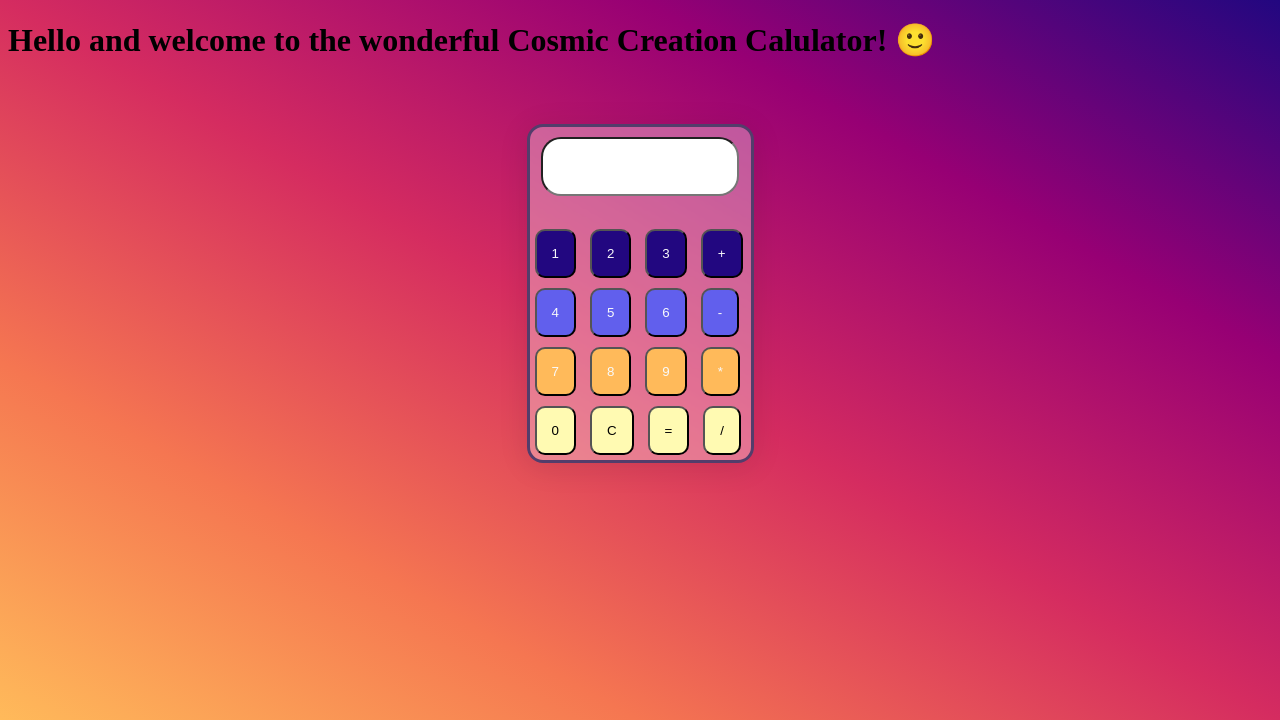
Repository: CrazyPaine/GameBoy-Calculator
Page: index.html
The author's editor kept a copy of each file at every save. The page is drawn from the files as they stood at one save, then again after the next save.
The browser window is 1280 px wide. The pictures show the whole page.
After loading, the first visible `button[onclick="calculateResult()"]` was clicked once.

Above is the page before, as saved 2024-02-04 21:34:20.
Console error: ReferenceError: updateDisplay is not defined

### index.html
<!DOCTYPE html>
<html lang="en">
<head>
    <meta charset="UTF-8">
    <meta name="viewport" content="width=device-width, initial-scale=1.0">
    <link rel="stylesheet" type="text/css" href="styles.css">
    <title>GameBoy Calculator</title>
</head>

<body>
    <h1 class = "Intro">Hello and welcome to the wonderful Cosmic Creation Calulator! &#128578;</h1>
    <br>
    <div class = 'calculator'>
        <input type="text"id="display" readonly>
       <br>
            <button onclick="appendToDisplay('1')" class = "btn-1">1</button>
            <button onclick="appendToDisplay('2')" class = "btn-1">2</button>
            <button onclick="appendToDisplay('3')" class = "btn-1">3</button>
            <button onclick="appendToDisplay('+')" class = "btn-1">+</button>
            <br>
            <button onclick="appendToDisplay('4')" class = "btn-2">4</button>
            <button onclick="appendToDisplay('5')" class = "btn-2">5</button>
            <button onclick="appendToDisplay('6')" class = "btn-2">6</button>
            <button onclick="appendToDisplay('-')" class = "btn-2">-</button>
            <br>
            <button onclick="appendToDisplay('7')" class = "btn-3">7</button>
            <button onclick="appendToDisplay('8')" class = "btn-3">8</button>
            <button onclick="appendToDisplay('9')" class = "btn-3">9</button>
            <button onclick="appendToDisplay('*')" class = "btn-3">*</button>
            <br>
            <button onclick="appendToDisplay('0')" class = "btn-4">0</button>
            <button onclick="clearDisplay()" class = "btn-4">C</button>
            <button onclick="calculateResult()" class = "btn-4">=</button>
            <button onclick="appendToDisplay('/')" class = "btn-4">/</button>

    </div>

        <script src="calculator.js"></script>
</body>
</html>

### styles.css
/******************************************
/* CSS
/*******************************************/


/* Box Model Hack */
* {
    box-sizing: border-box;
}



/******************************************
/* LAYOUT
/*******************************************/
@media (max-width: 600px) {
    .calculator {
        width: 80%;
        margin: 0 auto;
    }
}

html {
    height: 100%;
}

body {
    background-image: linear-gradient(to left bottom, #220780, #970074, #d52c60, #f57651, #ffba5a);
}

#display {
    border-radius: 20px;
    display: flex;
    align-items: center;
    justify-content: center;
    padding: 20px;
    /* Adjusted padding */
    width: 90%;
    /* Adjusted width */
    margin: auto;
    margin-top: 10px;
    /* Adjusted margin-top */
    margin-bottom: 10px;
    /* Adjusted margin-bottom */
}

.calculator {
    border: 3px solid #533D6B;
    border-radius: 10px;
    width: fit-content;
    background: rgba(255, 255, 255, 0.32);
    border-radius: 16px;
    box-shadow: 0 4px 30px rgba(0, 0, 0, 0.1);
    backdrop-filter: blur(1.7px);
    -webkit-backdrop-filter: blur(1.7px);
    height: fit-content;
    margin: 25px auto;
}

button {
    border-radius: 10px;
    color: #F8F9FA;
    padding: 15px;
    /* Adjusted padding */
    min-height: fit-content;
    max-width: fit-content;
    margin: 5px;
    /* Adjusted margin */
}

.btn-1,
.btn-2,
.btn-3,
.btn-4 {
    width: 100%;
    /* Ensures equal width for all buttons */
}

.btn-1 {
    background: #220780;
}

.btn-2 {
    background: #615fed;
}

.btn-3 {
    background: #ffba5a;
}

.btn-4 {
    background: #fffab2;
    color: black;
}

img {
    display: block;
    margin: 0 auto;
    width: 25%;
}

/******************************************
/* ADDITIONAL STYLES
/*******************************************/

### calculator.js
/*
! Hey there welcome to my Calculator. This is where I will be doing my calculations on here.
*/

function appendToDisplay(value) {
    document.getElementById('display').value += value;
}

function clearDisplay() {
    document.getElementById('display').value = '';
}

function calculateResult() {
    try {
        const inputExpression = document.getElementById('display').value;

        if (!isValidExpression(inputExpression)) {
            throw new Error('Invalid expression');
        }

        const result = evaluateExpression(inputExpression);

        if (!isValidResult(result)) {
            throw new Error('Invalid result');
        }

        // Save the expression and result to the history log
        saveToHistory(inputExpression, result);

        updateDisplay(result);
    } catch (error) {
        updateDisplay('Error: ' + error.message);
    }
}

function evaluateExpression(expression) {
    try {
        // Implement your own expression evaluation logic here
        const result = math.evaluate(expression); // Assuming you use a math library or your custom evaluator
        return result;
    } catch (error) {
        throw new Error('Invalid expression');
    }
}



function isValidExpression(expression) {
    return /^[0-9+\-*/().\s]+$/.test(expression);
}

function isValidResult(result) {
    return isFinite(result);
}

function endsWithOperator(expression) {
    const operators = ['+', '-', '*', '/'];
    const lastChar = expression.trim().slice(-1);
    return operators.includes(lastChar);
}

After the next save:
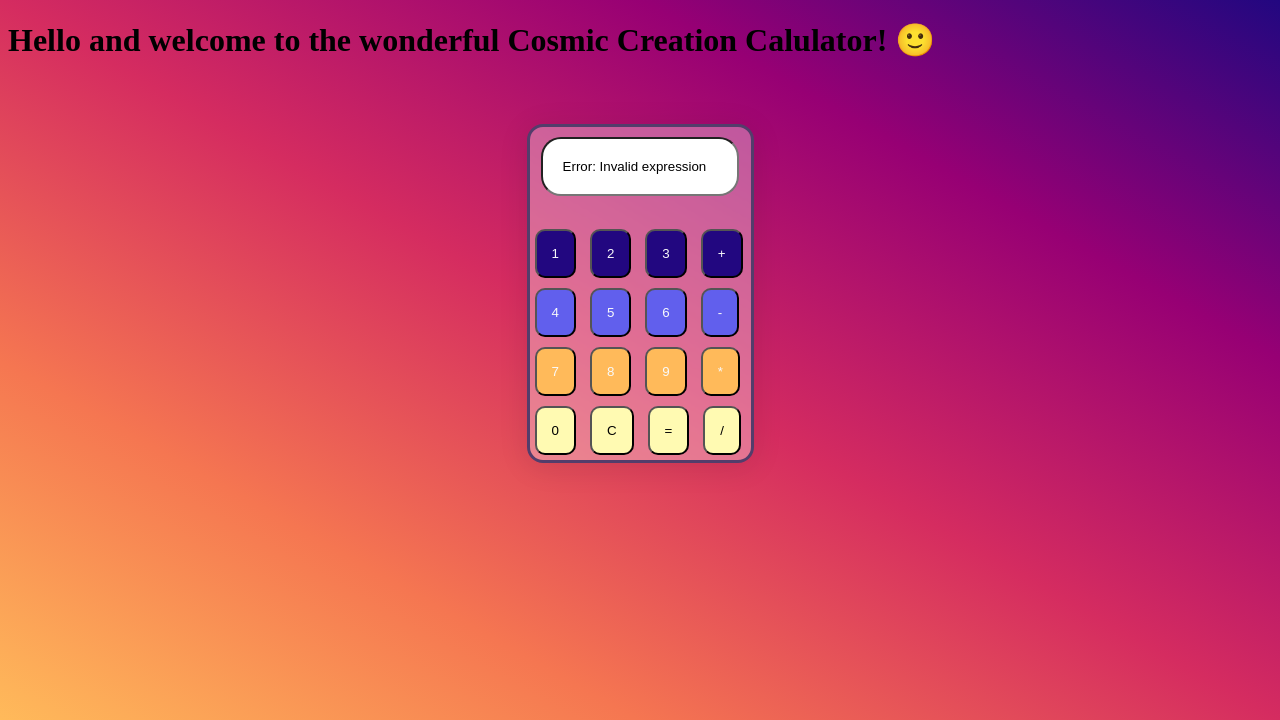
The error is gone.
Saved 4 min 59 s later.
--- a/calculator.js
+++ b/calculator.js
@@ -25,6 +25,7 @@ function calculateResult() {
         }
 
         // Save the expression and result to the history log
+        // Assuming you have a function named 'saveToHistory'
         saveToHistory(inputExpression, result);
 
         updateDisplay(result);
@@ -35,15 +36,14 @@ function calculateResult() {
 
 function evaluateExpression(expression) {
     try {
-        // Implement your own expression evaluation logic here
-        const result = math.evaluate(expression); // Assuming you use a math library or your custom evaluator
+        // Replace this with your own expression evaluation logic or library
+        // For demonstration purposes, we are using eval here, but it's not recommended for production
+        const result = eval(expression);
         return result;
     } catch (error) {
         throw new Error('Invalid expression');
     }
 }
-
-
 
 function isValidExpression(expression) {
     return /^[0-9+\-*/().\s]+$/.test(expression);
@@ -58,3 +58,7 @@ function endsWithOperator(expression) {
     const lastChar = expression.trim().slice(-1);
     return operators.includes(lastChar);
 }
+
+function updateDisplay(value) {
+    document.getElementById('display').value = value;
+}
